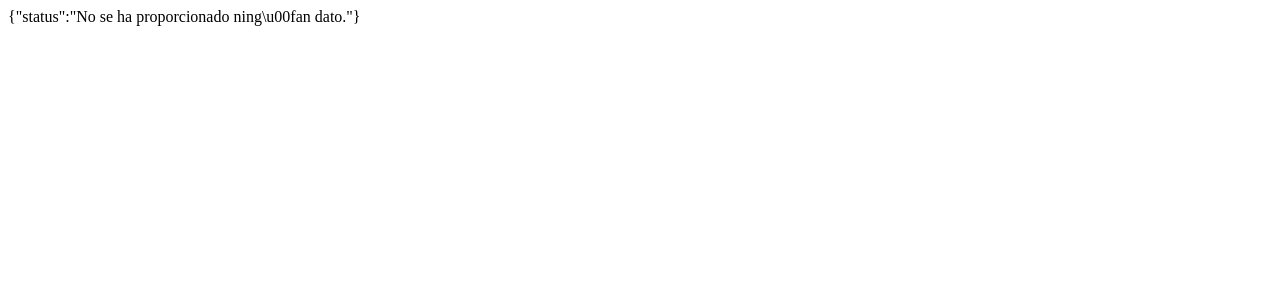
Repository: jcsalinas20/server
Page: http://localhost/delete.php
An editor plug-in stored every save of this project. The page is shown before and after a run of saves, followed by the edit.
The browser window is 1280 px wide. The pictures show the whole page.
The page is run by PHP 8.4 with error messages shown; the project is at /var/www/html/.

Above is the page before, as saved 2021-03-04 00:22:20.

### delete.php
<?php

$array = ['1234' => ["name" => "Carlos", "surname" => "Salinas", "age" => "20", "dni" => "112222"]];
if (isset($_GET['dni'])) {
    $dni = $_GET['dni'];
    if (isset($array[$dni])) {
        unset($array[$dni]);
        echo json_encode(['status' => true]);
    } else echo json_encode(['status' => false]);
} else echo json_encode(['status' => "No se ha proporcionado ningún dato."]);

After the next 2 saves:
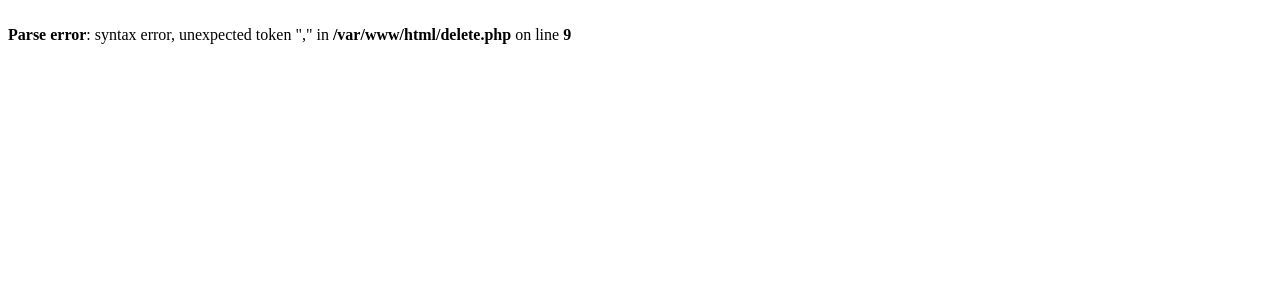
The 2 saves are shown as one change because they came seconds apart.
The last was saved 3 min 19 s later.
--- a/delete.php
+++ b/delete.php
@@ -6,5 +6,6 @@
     if (isset($array[$dni])) {
         unset($array[$dni]);
         echo json_encode(['status' => true]);
+        file_put_contents(, $actual);
     } else echo json_encode(['status' => false]);
 } else echo json_encode(['status' => "No se ha proporcionado ningún dato."]);

After the 2 saves that followed:
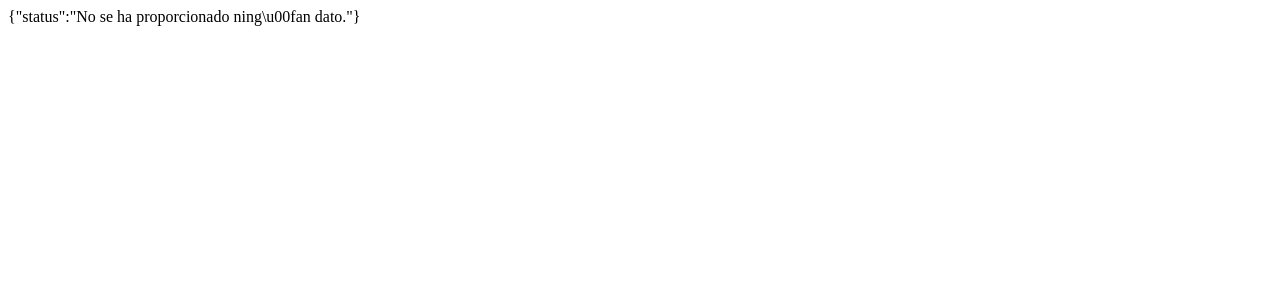
The 2 saves are shown as one change because they came seconds apart.
The last was saved 10 s later.
--- a/delete.php
+++ b/delete.php
@@ -6,6 +6,6 @@
     if (isset($array[$dni])) {
         unset($array[$dni]);
         echo json_encode(['status' => true]);
-        file_put_contents(, $actual);
+        file_put_contents("students.cfg", );
     } else echo json_encode(['status' => false]);
 } else echo json_encode(['status' => "No se ha proporcionado ningún dato."]);
